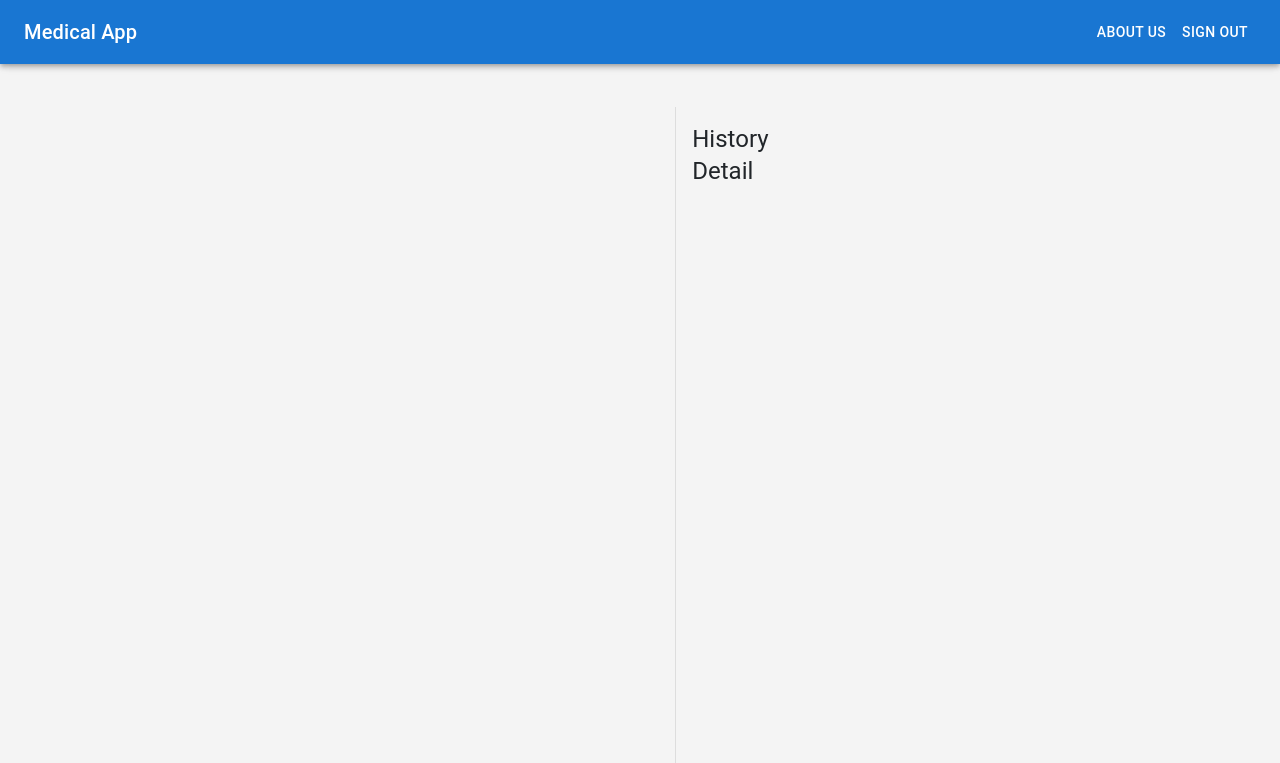
Repository: sshaiv/demo_project
Page: /
The author's editor kept a copy of each file at every save. The page is drawn from the files as they stood at one save, then again after a run of saves.
The browser window is 1280 px wide. The pictures show the whole page.
An inner scrolling area shows only its first screen. The project was rebuilt for these pictures with package versions that can differ from the ones it lists, and the page was loaded fresh each time.

Above is the page before, as saved 2024-08-12 23:07:27.

### public/index.html
<!DOCTYPE html>
<html lang="en">
  <head>
    <meta charset="utf-8" />
    <link rel="icon" href="%PUBLIC_URL%/favicon.ico" />
    <meta name="viewport" content="width=device-width, initial-scale=1" />
    <meta name="theme-color" content="#000000" />
    <meta
      name="description"
      content="Web site created using create-react-app"
    />
    <link rel="apple-touch-icon" href="%PUBLIC_URL%/logo192.png" />
    <!--
      manifest.json provides metadata used when your web app is installed on a
      user's mobile device or desktop. See https://developers.google.com/web/fundamentals/web-app-manifest/
    -->
    <link rel="manifest" href="%PUBLIC_URL%/manifest.json" />
    <link
  rel="stylesheet"
  href="https://maxcdn.bootstrapcdn.com/bootstrap/4.5.2/css/bootstrap.min.css"
/>

    <!--
      Notice the use of %PUBLIC_URL% in the tags above.
      It will be replaced with the URL of the `public` folder during the build.
      Only files inside the `public` folder can be referenced from the HTML.

      Unlike "/favicon.ico" or "favicon.ico", "%PUBLIC_URL%/favicon.ico" will
      work correctly both with client-side routing and a non-root public URL.
      Learn how to configure a non-root public URL by running `npm run build`.
    -->
    <title>React App</title>
  </head>
  <body>
    <noscript>You need to enable JavaScript to run this app.</noscript>
    <div id="root"></div>
    <!--
      This HTML file is a template.
      If you open it directly in the browser, you will see an empty page.

      You can add webfonts, meta tags, or analytics to this file.
      The build step will place the bundled scripts into the <body> tag.

      To begin the development, run `npm start` or `yarn start`.
      To create a production bundle, use `npm run build` or `yarn build`.
    -->
  </body>
</html>

### src/App.js
// src/App.js
import React from 'react';
import { Box, Container } from '@mui/material';
import LeftSection from './components/LeftSection';
import RightSection from './components/RightSection';
import Header from './components/Header'; // Assuming you have a Header component
import NursingHeader from './components/NursingHeader';

const App = () => {
  return (
    <div>
      <Header /> {/* Include your header if you have one */}

      <Box
        sx={{
          position:'relative',
          top:'75px',
          display: 'flex',
          height: 'calc(100vh - 64px)', // Adjust height if you have a header
        }}
      >
        <Box sx={{ width: '70%', overflowY: 'scroll' }}>
          <LeftSection />
           {/* <NursingHeader /> */}
        </Box>
        <Box sx={{ width: '30%', borderLeft: '1px solid #ddd' }}>
          <RightSection />
        </Box>
      </Box>
    </div>
  );
};

export default App;

### src/components/LeftSection.jsx
// src/components/LeftSection.js
import React from 'react';
// import { Box, Typography, TextField, Grid } from '@mui/material';

const LeftSection = () => {
  return (
   <div></div>
  );
};

export default LeftSection;

### src/components/RightSection.jsx
// src/components/RightSection.js
import React from 'react';
import { Box, Typography } from '@mui/material';

const RightSection = () => {
  return (
    <Box
      sx={{
        width: '100%',
        height: 'calc(100vh - 64px)',
        padding: '16px',
        boxSizing: 'border-box',
      }}
    >
      <Typography variant="h5" gutterBottom>
        History Detail
      </Typography>
      {/* Add more content as needed */}
    </Box>
  );
};

export default RightSection;

### src/components/Header.js
import React from 'react';
import { AppBar, Toolbar, Typography, Button } from '@mui/material';

const Header = () => {
  return (
    <AppBar position="fixed">
      <Toolbar>
        <Typography variant="h6" style={{ flexGrow: 1 }}>
          Medical App
        </Typography>
        <Button color="inherit">About Us</Button>
        <Button color="inherit">Sign Out</Button>
      </Toolbar>
    </AppBar>
  );
};

export default Header;

### src/cssfile/style.css
body {
    font-family: Arial, sans-serif;
    background-color: #f4f4f4;
    display: flex;
    justify-content: center;
    align-items: center;
    height: 100vh;
    margin: 0;
  }

  .container {
    background-color: white;
    width: 85%;
    border: 2px solid #003366;
    border-radius: 8px;
    padding: 20px;
  }

  .header {
    display: flex;
    justify-content: space-between;
    align-items: center;
    background-color: #003366;
    color: white;
    padding: 10px;
    border-radius: 6px;
  }

  .header h2 {
    margin: 0;
  }

  .buttons {
    display: flex;
    gap: 10px;
  }

  .buttons button {
    background-color: white;
    border: none;
    border-radius: 50%;
    padding: 8px;
    cursor: pointer;
    font-size: 16px;
  }

  .patient-form {
    margin-top: 20px;
  }

  .row {
    display: flex;
    align-items: center;
    margin-bottom: 15px;
    gap: 15px;
  }

  .row label {
    width: 100px;
    font-weight: bold;
  }

  .row input,
  .row select {
    flex: 1;
    padding: 5px;
    border: 1px solid #ccc;
    border-radius: 4px;
  }

  .row .required {
    color: red;
  }

  .search-btn {
    background-color: #fff;
    border: 1px solid #ccc;
    padding: 5px;
    cursor: pointer;
  }

  .footer {
    display: flex;
    justify-content: center;
    margin-top: 20px;
  }

  .done-btn {
    background-color: #003366;
    color: white;
    padding: 10px 20px;
    border: none;
    border-radius: 4px;
    cursor: pointer;
    font-size: 16px;
  }

### src/components/NursingHeader.js
// import React from "react";
import React, { useState } from "react";
import Modal from "./AddPatient";
import  '../cssfile/style.css'

const NursingHeader = () => {
    const [isModalOpen, setIsModalOpen] = useState(false);

    const openModal = () => {
      setIsModalOpen(true);
    };

    const closeModal = () => {
      setIsModalOpen(false);
    };

  return (
    <div id="NursingHeader" className="container-fluid">
      <div className="row">
        {/* Employee Image */}
        <div className="col-md-1">
          <img
            src="/assets/2000px-User_icon_2.svg.png"
            style={{
              width: "50px",
              height: "50px",
              marginRight: "10px",
              cursor: "pointer",
            }}
            alt=""
            onClick={() => console.log("Add Patient Clicked")}
          />
        </div>

        {/* Patient Information */}
        <div className="col-md-5">
          <div
            className="input-group input-group-sm"
            style={{ fontWeight: "bolder", border: "none" }}
          >
            <span
              id="txtPatName"
              style={{
                display: "inline",
                fontWeight: "bolder",
                border: "none",
              }}
            >
              {/* Patient Name */}
            </span>
            <span
              id="txtAgeSex"
              style={{
                display: "inline",
                fontWeight: "bolder",
                border: "none",
              }}
            >
              {/* Age and Sex */}
            </span>
            <span
              id="txtNurIpdNo"
              style={{
                display: "inline",
                fontWeight: "bolder",
                border: "none",
              }}
            >
              {/* Nurse IPD Number */}
            </span>
            <span
              id="txtMobNo"
              className="glyphicon glyphicon-phone"
              style={{
                display: "inline",
                fontWeight: "bolder",
                fontSize: "15px",
                border: "none",
              }}
            >
              {/* Mobile Number */}
            </span>
          </div>
        </div>

        {/* Action Buttons */}
        <div
        className="col-md-6"
        style={{ textAlign: "right", position: "relative", bottom: "40px" }}
      >
        <img
          src="/assets/addpatients.png"
          style={{
            width: "25px",
            height: "25px",
            marginRight: "10px",
            cursor: "pointer",
          }}
          alt="ADD"
          onClick={openModal}
        />
        <img
          src="/assets/info-button.png"
          style={{
            width: "25px",
            height: "25px",
            marginRight: "10px",
            cursor: "pointer",
          }}
          alt="Info"
          onClick={() => console.log("Info Button Clicked")}
        />
        <img
          src="/assets/refresh.png"
          style={{
            width: "25px",
            height: "25px",
            marginRight: "10px",
            cursor: "pointer",
          }}
          alt="Refresh"
          onClick={() => console.log("Refresh Clicked")}
        />
        <img
          src="/assets/printer.png"
          style={{
            width: "25px",
            height: "25px",
            marginRight: "10px",
            cursor: "pointer",
          }}
          alt="Print"
          onClick={() => console.log("Print Clicked")}
        />
        <img
          src="/assets/folder.png"
          style={{ width: "25px", height: "25px", cursor: "pointer" }}
          alt="Folder"
          onClick={() => console.log("Folder Clicked")}
        />
      </div>

      {/* Modal */}
      <Modal isOpen={isModalOpen} onClose={closeModal}>
        <h2>Add Patient</h2>
        <form>
          {/* Your form fields go here */}
          <div>
            <label>Name:</label>
            <input type="text" name="name" />
          </div>
          <div>
            <label>Age:</label>
            <input type="number" name="age" />
          </div>
          <div>
            <label>Gender:</label>
            <select name="gender">
              <option value="male">Male</option>
              <option value="female">Female</option>
            </select>
          </div>
          <button type="submit">Submit</button>
        </form>
      </Modal>
      </div>

      {/* Hidden Fields */}
      <div className="row">
        <div className="col-md-1" hidden>
          <label>Bed No.</label>
          <input
            id="txtBedNo"
            type="text"
            className="form-control form-control-readonly"
            readOnly
            disabled
          />
        </div>
        <div className="col-md-1" hidden>
          <label>Age</label>
          <input
            id="txtAge"
            type="text"
            className="form-control form-control-readonly"
            readOnly
            disabled
          />
        </div>
        <div className="col-md-1" hidden>
          <label>Gender</label>
          <input
            id="txtGender"
            type="text"
            className="form-control form-control-readonly"
            readOnly
            disabled
          />
        </div>
      </div>
    </div>
  );
};

// Reusable Button Component
const Button = ({ id, imgSrc, onClick, title, disabled }) => (
  <button
    id={id}
    className="btn btn-primary btn-sm"
    style={{ backgroundColor: "transparent" }}
    onClick={onClick}
    title={title}
    disabled={disabled}
  >
    <img
      src={imgSrc}
      style={{ width: "25px", height: "25px" }}
      alt={title || "button"}
    />
  </button>
);

export default NursingHeader;

### src/components/AddPatient.js

import React from 'react';
// import '/project/my-app/src/hms_css/NursingHeader.css';
import '../cssfile/style.css'

const AddPatient = () => {
  // const handleDocumentPatientFile = (type) => {
  //   console.log(Document Patient File Type: ${type});
  // };

  const handleRefreshDocExmn = () => {
    console.log('Refresh Document Examination');
  };

  const handleGetReportDoctorExmnData = () => {
    console.log('Get Report Doctor Examination Data');
  };

  const handleOnClose = () => {
    console.log('Close');
  };

  return (
    <div className="container">
      <div className="header">
        <h2>Patient Registration</h2>
        <div className="buttons">
          <button className="refresh-btn" onClick={handleRefreshDocExmn}>
            &#x21bb;
          </button>
          <button className="close-btn" onClick={handleOnClose}>
            &#x2716;
          </button>
        </div>
      </div>
      <form className="patient-form">
        {/* Form Fields */}
        <div className="row">
          <label>Mobile No</label>
          <input type="text" placeholder="Mobile No" />
          <button className="search-btn">&#x1F50D;</button>
        </div>

        <div className="row">
          <label>
            Title <span className="required">*</span>
          </label>
          <select>
            <option>Mr.</option>
            <option>Mrs.</option>
            <option>Ms.</option>
          </select>

          <label>
            First Name <span className="required">*</span>
          </label>
          <input type="text" placeholder="First Name" />

          <label>
            Last Name <span className="required">*</span>
          </label>
          <input type="text" placeholder="Last Name" />
        </div>

        <div className="row">
          <label>
            Age <span className="required">*</span>
          </label>
          <input type="text" placeholder="Year" />
          <input type="text" placeholder="Month" />
          <input type="text" placeholder="Day" />

          <label>
            Date of Birth (DOB) <span className="required">*</span>
          </label>
          <input type="text" placeholder="DD/MM/YYYY" />

          <label>
            Gender <span className="required">*</span>
          </label>
          <select>
            <option>Male</option>
            <option>Female</option>
            <option>Other</option>
          </select>
        </div>

        <div className="row">
          <label>
            Mobile Number <span className="required">*</span>
          </label>
          <input type="text" placeholder="Mobile Number" />

          <label>Aadhar Number</label>
          <input type="text" placeholder="Aadhar Number" />

          <label>Address</label>
          <input type="text" placeholder="Address" />
        </div>

        <div className="row">
          <label>City</label>
          <input type="text" placeholder="City" />

          <label>State</label>
          <input type="text" placeholder="State" />

          <label>Country</label>
          <input type="text" placeholder="Country" />
        </div>

        <div className="footer">
          <button type="submit" className="done-btn">
            DONE
          </button>
        </div>
      </form>
    </div>
  );
};

export default AddPatient;

Loaded but not shown: src/index.js (common file); src/index.css (common file)

After the next 7 saves:
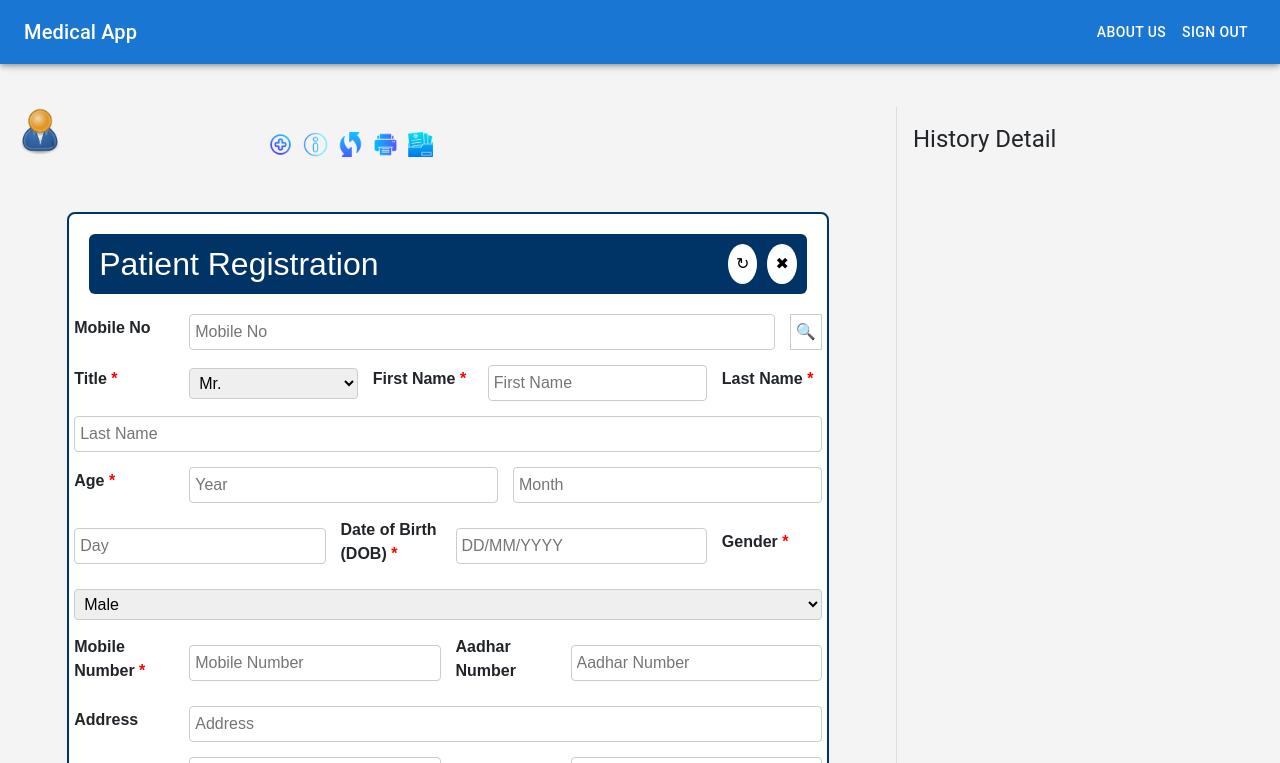
The 7 saves are shown as one change because 1 did not build or start and some came seconds apart.
The last was saved 26 s later.
--- a/src/components/LeftSection.jsx
+++ b/src/components/LeftSection.jsx
@@ -1,10 +1,13 @@
 // src/components/LeftSection.js
 import React from 'react';
 // import { Box, Typography, TextField, Grid } from '@mui/material';
+import NursingHeader from './NursingHeader';
 
 const LeftSection = () => {
   return (
-   <div></div>
+   <div>
+      <NursingHeader />
+   </div>
   );
 };
 
